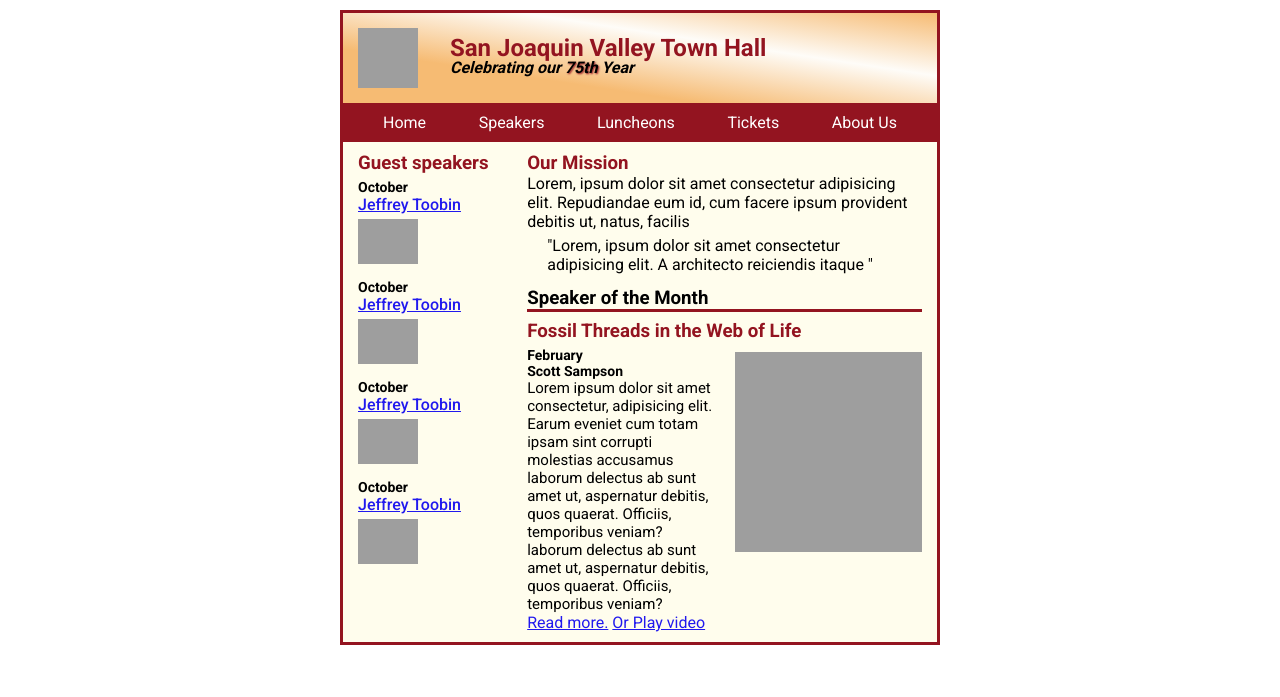
Repository: Mannj-nef/ex-5-6-7-8_IvVettech
Page: index.html
The author's editor kept a copy of each file at every save. The page is drawn from the files as they stood at one save, then again after the next save.
The browser window is 1280 px wide. The pictures show the whole page.
Pictures or frames that could not be fetched are drawn as grey boxes.

Above is the page before, as saved 2022-03-24 23:03:17.

### index.html
<!DOCTYPE html>
<html lang="en">
  <head>
    <meta charset="UTF-8" />
    <meta http-equiv="X-UA-Compatible" content="IE=edge" />
    <meta name="viewport" content="width=device-width, initial-scale=1.0" />
    <link rel="stylesheet" href="./Asset/style.css" />
    <link rel="preconnect" href="https://fonts.googleapis.com" />
    <link rel="preconnect" href="https://fonts.gstatic.com" crossorigin />
    <link
      href="https://fonts.googleapis.com/css2?family=Roboto:wght@300;400;500;700&display=swap"
      rel="stylesheet"
    />
    <title>Exercise5-6</title>
    <link
      rel="shortcut icon"
      href="https://iviettech.vn/wp-content/themes/viettech/img/front/favicon.ico"
      type="image/x-icon"
    />
  </head>
  <body>
    <div id="app">
      <header id="header">
        <div class="header-top">
          <div class="header-image__wrapper">
            <img
              src="https://source.unsplash.com/random"
              alt=""
              class="header-image"
            />
          </div>
          <div class="header-main">
            <h2 class="header-main__title">San Joaquin Valley Town Hall</h2>
            <p class="header-main__decs">
              Celebrating our
              <span class="header-main__decs-b"
                >75 <span class="header-main__decs-c">th</span>
              </span>
              Year
            </p>
          </div>
        </div>
        <div class="header-nav">
          <ul class="header-nav__list">
            <li class="header-nav__item">
              <a href="" class="header-nav__link">Home</a>
            </li>
            <li class="header-nav__item">
              <a href="" class="header-nav__link">Speakers</a>
            </li>
            <li class="header-nav__item">
              <a href="" class="header-nav__link">Luncheons</a>
            </li>
            <li class="header-nav__item">
              <a href="" class="header-nav__link">Tickets</a>
            </li>
            <li class="header-nav__item">
              <a href="" class="header-nav__link">About Us</a>
            </li>
          </ul>
        </div>
      </header>
      <section id="content">
        <div class="content-left">
          <h3 class="content-title">Guest speakers</h3>

          <div class="content-left__member">
            <p class="content__member-month">October</p>
            <a href="" class="content-left__member-link">Jeffrey Toobin</a>
            <div class="content-left__member-avata-wrapper">
              <img
                src="https://source.unsplash.com/random"
                alt=""
                class="content-left__member-avata"
              />
            </div>
          </div>
          <div class="content-left__member">
            <p class="content__member-month">October</p>
            <a href="" class="content-left__member-link">Jeffrey Toobin</a>
            <div class="content-left__member-avata-wrapper">
              <img
                src="https://source.unsplash.com/random"
                alt=""
                class="content-left__member-avata"
              />
            </div>
          </div>
          <div class="content-left__member">
            <p class="content__member-month">October</p>
            <a href="" class="content-left__member-link">Jeffrey Toobin</a>
            <div class="content-left__member-avata-wrapper">
              <img
                src="https://source.unsplash.com/random"
                alt=""
                class="content-left__member-avata"
              />
            </div>
          </div>
          <div class="content-left__member">
            <p class="content__member-month">October</p>
            <a href="" class="content-left__member-link">Jeffrey Toobin</a>
            <div class="content-left__member-avata-wrapper">
              <img
                src="https://source.unsplash.com/random"
                alt=""
                class="content-left__member-avata"
              />
            </div>
          </div>
        </div>
        <div class="content-right">
          <div class="content-right__top">
            <h3 class="content-title">Our Mission</h3>
            <p class="content-right__desc">
              Lorem, ipsum dolor sit amet consectetur adipisicing elit.
              Repudiandae eum id, cum facere ipsum provident debitis ut, natus,
              facilis
            </p>
            <p class="content-right__desc-sub">
              "Lorem, ipsum dolor sit amet consectetur adipisicing elit. A
              architecto reiciendis itaque "
            </p>
            <h3 class="content-right-title">Speaker of the Month</h3>
          </div>
          <div class="content-right__center">
            <h3 class="content-title">Fossil Threads in the Web of Life</h3>
            <div class="content-right__center-wrapper">
              <div class="content-right__center-left">
                <h3 class="content__member-month center-left_title">
                  <p>February</p>
                  Scott Sampson
                </h3>
                <p class="content-left__center-desc">
                  Lorem ipsum dolor sit amet consectetur, adipisicing elit.
                  Earum eveniet cum totam ipsam sint corrupti molestias
                  accusamus laborum delectus ab sunt amet ut, aspernatur
                  debitis, quos quaerat. Officiis, temporibus veniam? laborum
                  delectus ab sunt amet ut, aspernatur debitis, quos quaerat.
                  Officiis, temporibus veniam?
                </p>
                <a href="" class="content-left__center-link">Read more.</a>
                <a href="" class="content-left__center-link">Or Play video</a>
              </div>
              <div class="content-right__center-right">
                <img
                  src="https://source.unsplash.com/random"
                  alt=""
                  class="content-right__center-right_img"
                />
              </div>
            </div>
          </div>
        </div>
      </section>
    </div>
  </body>
</html>

### Asset/style.css
* {
  margin: 0;
  padding: 0;
  box-sizing: border-box;
}
html {
  font-family: "Roboto", sans-serif;
}
:root {
  --prymary-color: #931420;
  --white-color: #fff;
  --yellow-color: #ebc700;
  --blue-color: #2119ee;
  --size: 60px;
}

#app {
  margin: 10px auto;
  width: 600px;
  border: 3px solid var(--prymary-color);
}

#header {
}
.header-top {
  padding: 15px;
  display: flex;
  align-items: center;
  background-image: linear-gradient(
    to right top,
    #f6bb73 30%,
    #fefcf8,
    #f6bb73
  );
}
.header-image__wrapper {
  width: var(--size);
  height: var(--size);
  margin-right: 2em;
}
.header-image {
  width: 100%;
  height: 100%;
  object-fit: cover;
}
.header-main {
  line-height: 20px;
}
.header-main__title {
  color: var(--prymary-color);
}
.header-main__decs {
  color: #000;
  font-weight: 600;
  font-style: italic;
}
.header-main__decs-b {
  display: inline-flex;
  text-shadow: 1px 1px 2px var(--prymary-color);
}
.header-nav {
  background-color: var(--prymary-color);
}
.header-nav__list {
  list-style: none;
  display: flex;
  justify-content: space-between;
  padding: 0 20px;
}
.header-nav__item {
  padding: 10px 20px;
}
.header-nav__link {
  font-weight: 400;
  text-decoration: none;
  color: var(--white-color);
}
.header-nav__item:hover .header-nav__link {
  color: var(--yellow-color);
}

#content {
  background-color: #fffded;
  padding: 10px 15px;
  display: flex;
}

.content-left {
  width: 30%;
}
.content-title {
  color: var(--prymary-color);
}
.content-left__member {
}
.content__member-month {
  margin-top: 5px;
  font-size: 14px;
  font-weight: 600;
}
.content-left__member-link {
  font-weight: 500;
  color: var(--blue-color);
}
.content-left__member-avata-wrapper {
  width: var(--size);
  height: var(--size);
  display: flex;
  padding-top: 5px;
  padding-bottom: 10px;
}
.content-left__member-avata {
  width: 100%;
  height: 100%;
}
.content-right {
  width: 70%;
}
.content-right__desc-sub {
  padding: 5px 20px;
}
.content-right-title {
  margin: 8px 0;
  font-weight: 600;
  color: #000;
  border-bottom: 3px solid var(--prymary-color);
}

.content-left__center {
  padding: 0 0 10px;
  border-bottom: 3px solid var(--prymary-color);
}

.content-right__center-wrapper {
  display: flex;
}

.content-right__center-left {
  flex: 1;
}
.center-left_title {
  margin-right: 10px;
}
.content-left__center-desc {
  font-size: 15px;
  line-height: 1.2;
}
.content-left__center-link {
  color: var(--blue-color);
}
.content-right__center-right {
  margin: 10px 0 0 20px;
  width: 100px;
  height: 200px;
  display: flex;
  flex: 1;
}
.content-right__center-right_img {
  width: 100%;
  height: 100%;
}

After the next save:
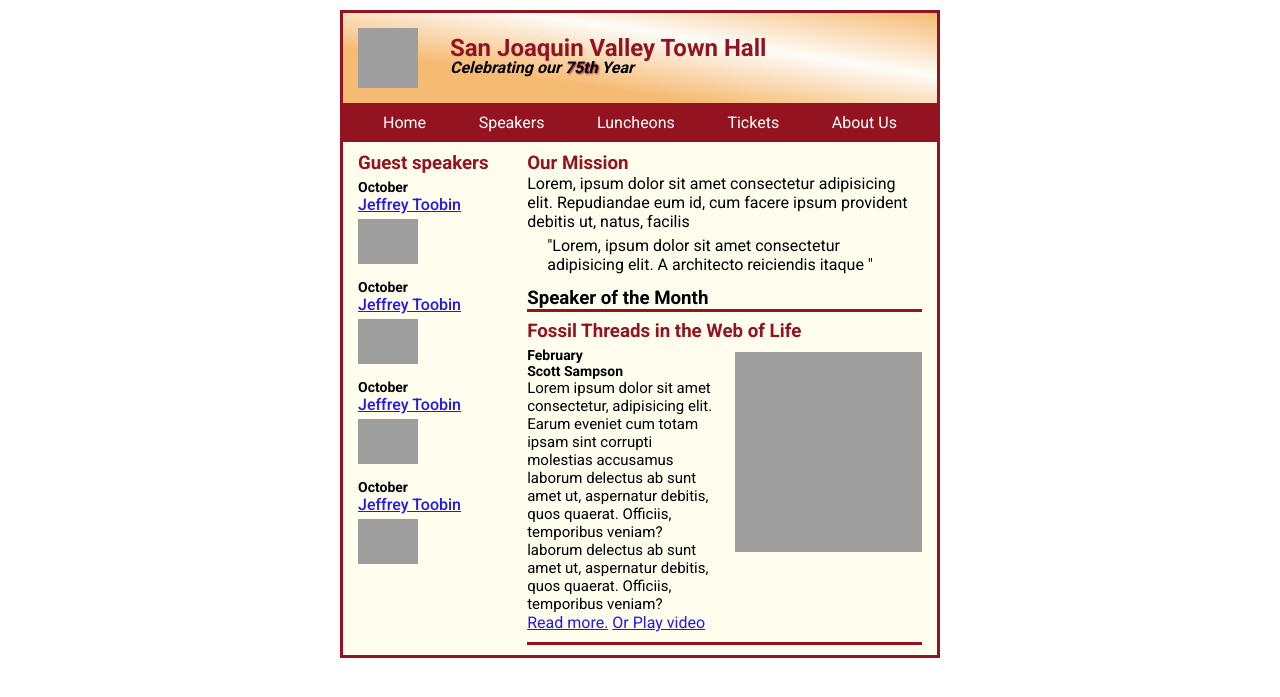
Saved 62 s later.
--- a/Asset/style.css
+++ b/Asset/style.css
@@ -126,7 +126,7 @@ html {
   border-bottom: 3px solid var(--prymary-color);
 }
 
-.content-left__center {
+.content-right__center {
   padding: 0 0 10px;
   border-bottom: 3px solid var(--prymary-color);
 }
